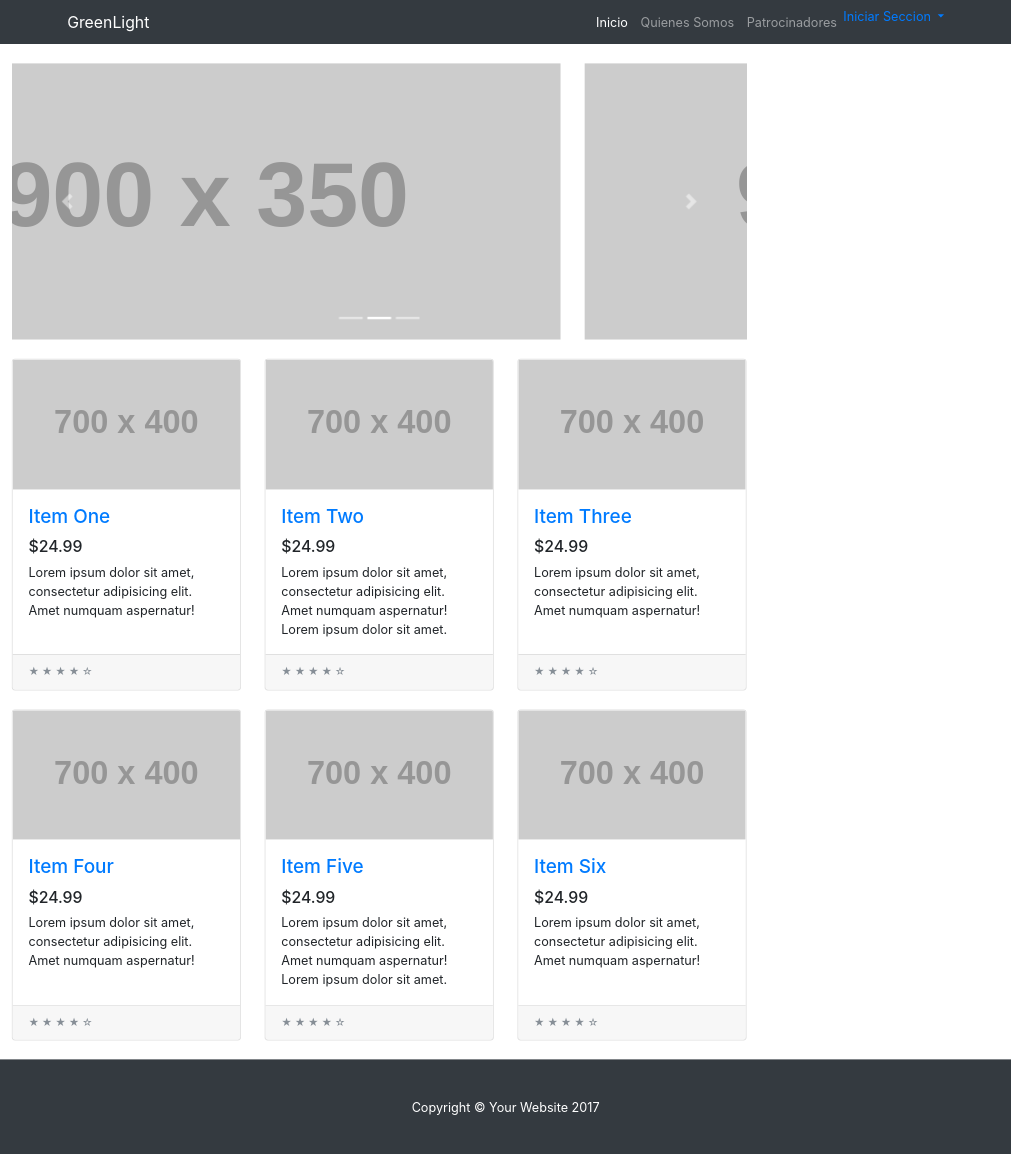
Repository: krojas1997/Test_Project
Page: http://localhost/GREENLIGHT/IniciarSeccion.jsp
These files come from the project's save history. The page is drawn as it stood at one moment and after the next save; the edit follows.
The browser window is 1280 px wide. The pictures show the whole page, at 79% of full size.
The page is served by Tomcat 9.

Above is the page before, as saved 2017-10-28 12:44:32.

After the next save:
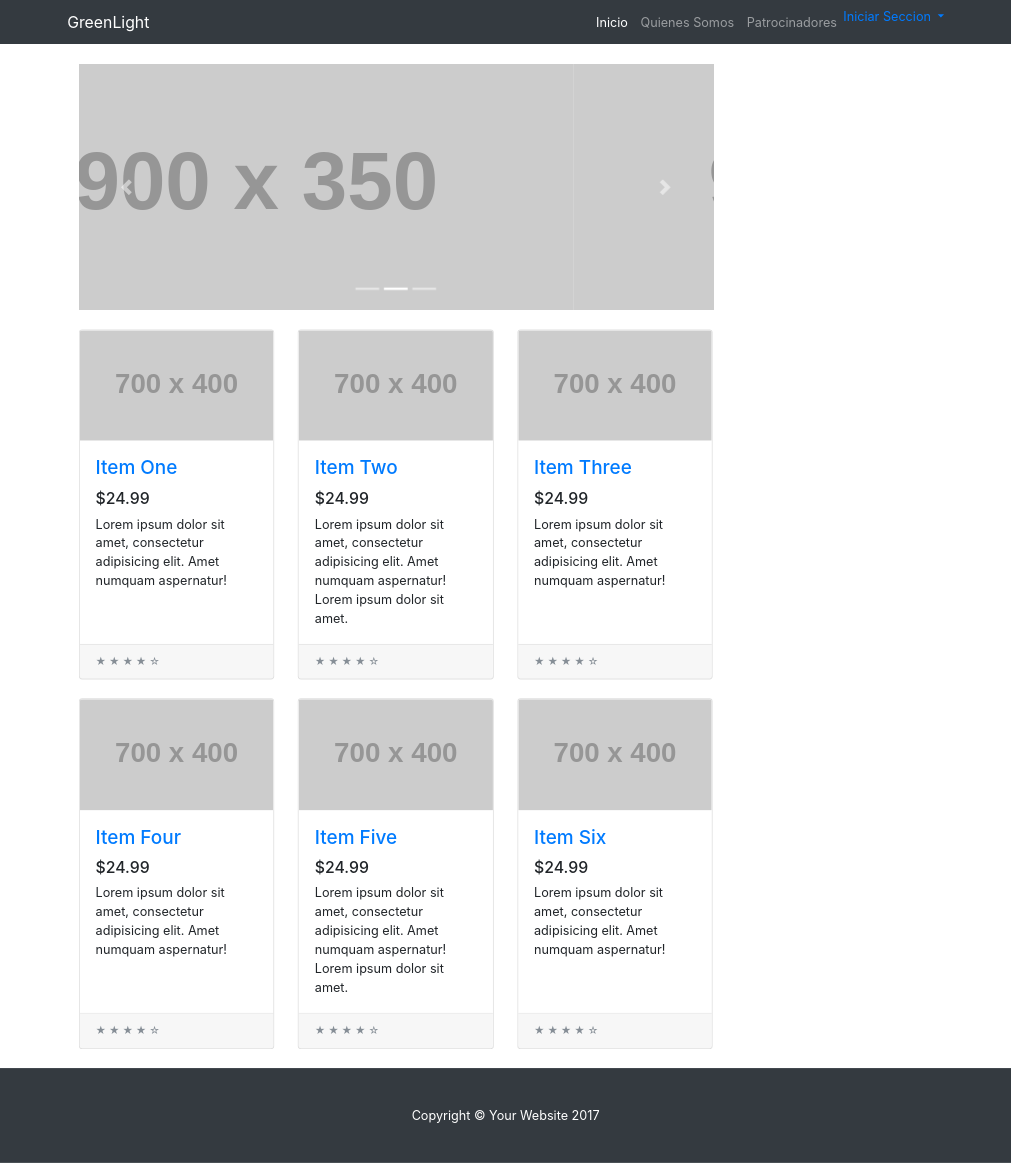
Saved 21 s later.
--- a/Test_GreenLight/GREENLIGHT/WebContent/IniciarSeccion.jsp
+++ b/Test_GreenLight/GREENLIGHT/WebContent/IniciarSeccion.jsp
@@ -89,7 +89,16 @@ if(sesion.getAttribute("usuario")!=null){
     </nav>
 
     <!-- Page Content -->
-
+    <div class="container">
+
+      <div class="row">
+
+        <div class="col-lg-3">
+
+
+          </div>
+
+        </div>
         <!-- /.col-lg-3 -->
 
         <div class="col-lg-9">
